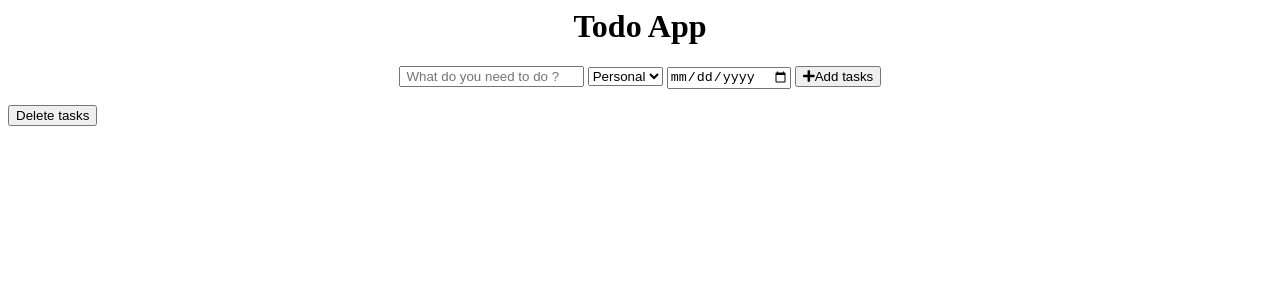
Repository: Sayan-100/Todo-List
Page: http://localhost/
These files come from the project's save history. The page is drawn as it stood at one moment and after the next save; the edit follows.
The browser window is 1280 px wide. The pictures show the whole page.
Some web libraries are served in a nearby version. The page is served by the project's Node server (index.js). Queries for data that is not in the repository find no rows.

Above is the page before, as saved 2021-12-29 18:27:17.
Not found: js/home.js

After the next save:
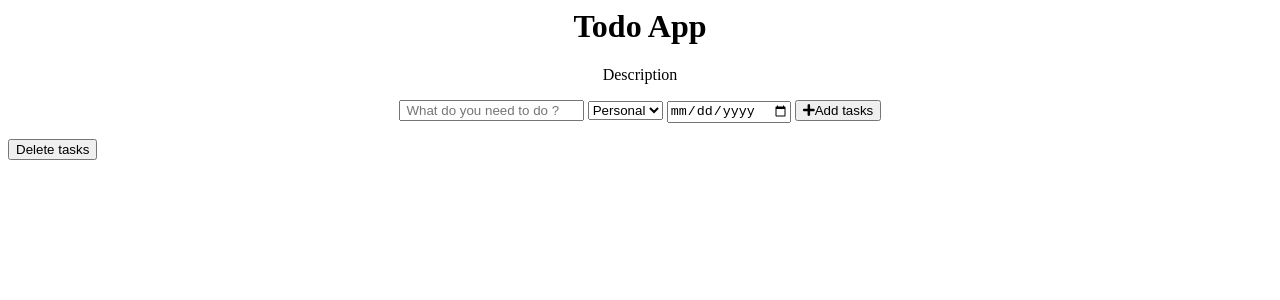
Saved 100 s later.
--- a/views/home.ejs
+++ b/views/home.ejs
@@ -15,6 +15,8 @@
     <div class="container">
         <h1> Todo App </h1>
         <form id="create-todo" action="/create_todo" method="POST">
+
+            <p>Description</p>
             <input type="text" name="Description" placeholder=" What do you need to do ?" required>
 
             <select name="Category" required>
